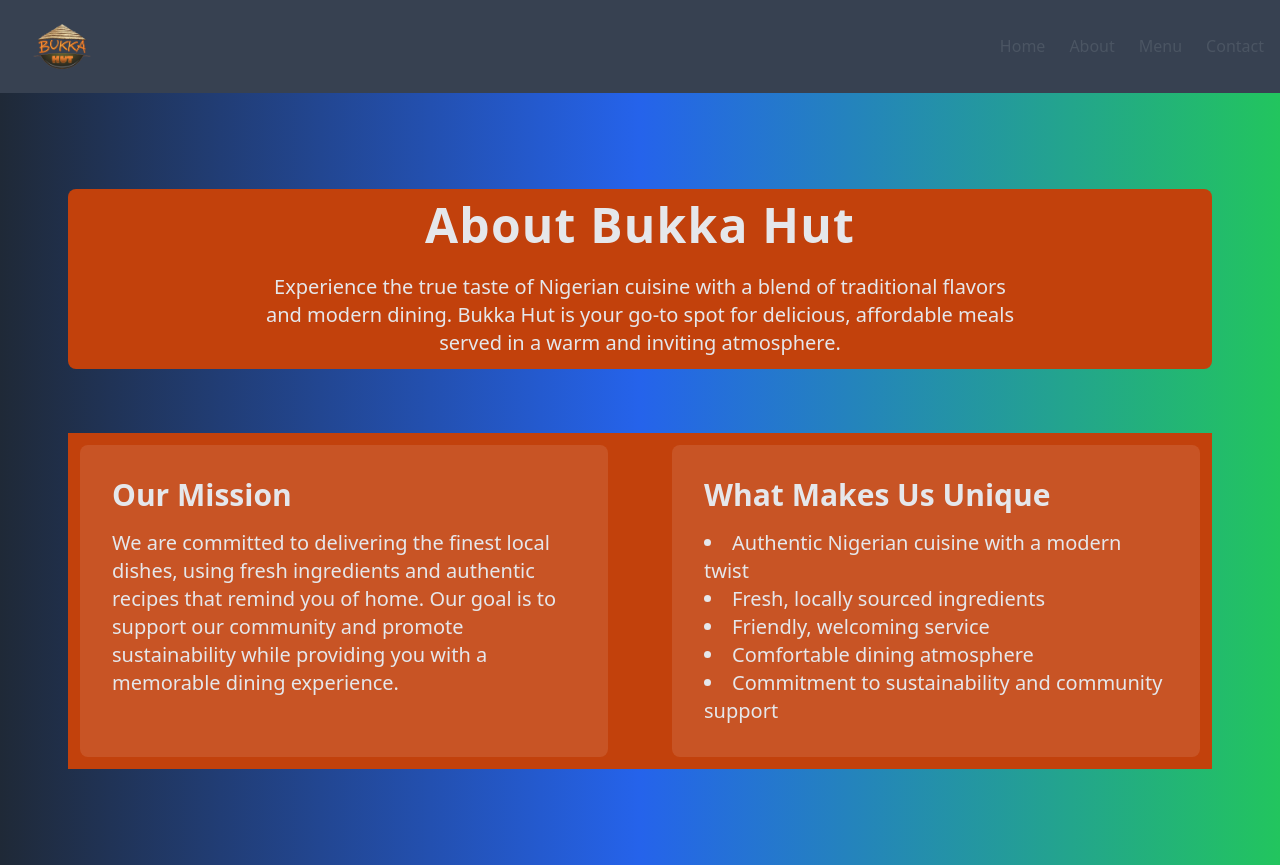
Repository: countaustin1990/BUKKAHUT
Page: About.html
An editor plug-in stored every save of this project. The page is shown before and after the next save, followed by the edit.
The browser window is 1280 px wide. The pictures show the whole page.
Some web libraries are served in a nearby version.

Above is the page before, as saved 2024-08-25 00:36:26.
Console error: TypeError: Cannot read properties of null (reading 'addEventListener')

### About.html
<!DOCTYPE html>
<html lang="en">

<head>
  <meta charset="UTF-8">
  <meta name="viewport" content="width=device-width, initial-scale=1.0">
  <title>About Bukka Hut</title>
  <script src="https://cdn.tailwindcss.com"></script>
  <style>
    /* Custom styles for advanced UI/UX */
    .fade-in {
      animation: fadeIn 1.5s ease-in-out forwards;
      opacity: 0;
    }

    @keyframes fadeIn {
      to {
        opacity: 1;
      }
    }

    .hover:after {
      content: '';
      position: absolute;
      width: 100%;
      height: 100%;
      top: 0;
      left: 0;
      background: rgba(0, 0, 0, 0.1);
      opacity: 0;
      transition: opacity 0.3s ease;
    }

    .hover:hover:after {
      opacity: 1;
    }
  </style>
</head>

<body class="bg-gray-100">
      <!-- Navigation -->
  <nav class="shadow-md bg-gray-700">
    <div class="container mx-auto px-4 py-2 flex items-center justify-between">
      <div class="text-2xl font-bold text-blue-600">
        <a href="#" class="flex flex-col lg:flex-row items-center lg:space-x-8 p-4">
          <img src="Logo-r.png" alt="Bukka Hut" width="60">
          </a>
      </div>
      <div class="hidden md:flex space-x-6">
        <a href="index.html" class="text-gray-600 hover:text-blue-600">Home</a>
        <a href="About.html" class="text-gray-600 hover:text-blue-600">About</a>
        <a href="Menu.html" class="text-gray-600 hover:text-blue-600">Menu</a>
        <a href="#" class="text-gray-600 hover:text-blue-600">Contact</a>
      </div>
      <div class="md:hidden">
        <button id="menu-button" class="text-white focus:outline-none">
          <svg xmlns="http://www.w3.org/2000/svg" fill="none" viewBox="0 0 24 24" stroke="currentColor" class="w-6 h-6">
            <path stroke-linecap="round" stroke-linejoin="round" stroke-width="2" d="M4 6h16M4 12h16M4 18h16" />
          </svg>
        </button>
      </div>
    </div>

    <!-- Mobile Menu -->
    <div id="mobile-menu" class="hidden md:hidden bg-gray-900 shadow-md">
      <a href="test.html" class="block px-4 py-2 text-white hover:bg-orange-600">Home</a>
      <a href="#" class="block px-4 py-2 text-white hover:bg-orange-600">About</a>
      <a href="#" class="block px-4 py-2 text-white hover:bg-orange-600">Menu</a>
      <a href="#" class="block px-4 py-2 text-white hover:bg-orange-600">Contact</a>
    </div>
  </nav>

  <section class="py-16 lg:py-24 bg-gradient-to-r from-gray-800 via-blue-600 to-green-500 text-gray-200 p-5">
    <div class="container mx-auto px-6 lg:px-12 fade-in">
      <div class="text-center mb-16 bg-orange-700 p-3 rounded-lg">
        <h2 class="text-5xl font-bold tracking-wide">About Bukka Hut</h2>
        <p class="mt-6 max-w-3xl mx-auto text-lg lg:text-xl">
          Experience the true taste of Nigerian cuisine with a blend of traditional flavors and modern dining. Bukka Hut is your go-to spot for delicious, affordable meals served in a warm and inviting atmosphere.
        </p>
      </div>
      <div class="grid md:grid-cols-2 gap-12 lg:gap-16 bg-orange-700 p-3 rouned-lg">
        <div class="hover relative bg-white bg-opacity-10 rounded-lg p-8 transition duration-500 transform hover:-translate-y-1 hover:shadow-lg">
          <h3 class="text-3xl font-semibold">Our Mission</h3>
          <p class="mt-4 text-lg lg:text-xl">
            We are committed to delivering the finest local dishes, using fresh ingredients and authentic recipes that remind you of home. Our goal is to support our community and promote sustainability while providing you with a memorable dining experience.
          </p>
        </div>
        <div class="hover relative bg-white bg-opacity-10 rounded-lg p-8 transition duration-500 transform hover:-translate-y-1 hover:shadow-lg">
          <h3 class="text-3xl font-semibold">What Makes Us Unique</h3>
          <ul class="mt-4 text-lg lg:text-xl list-disc list-inside">
            <li>Authentic Nigerian cuisine with a modern twist</li>
            <li>Fresh, locally sourced ingredients</li>
            <li>Friendly, welcoming service</li>
            <li>Comfortable dining atmosphere</li>
            <li>Commitment to sustainability and community support</li>
          </ul>
        </div>
      </div>
    </div>
  </section>


<script src="main.js"></script>
</body>

</html>

### main.js
const menuButton = document.getElementById('menu-button');
const mobileMenu = document.getElementById('mobile-menu');

menuButton.addEventListener('click', () => {
  mobileMenu.classList.toggle('hidden');
});

// Animate the scroll
const scrollContainer = document.querySelector('.animate-scroll');

function startScrolling() {
  const width = scrollContainer.scrollWidth;
  scrollContainer.style.animation = `scroll ${width / 100}s linear infinite`;
}

// Start the scroll animation once the DOM is fully loaded
window.addEventListener('load', startScrolling);

document.addEventListener("DOMContentLoaded", function() {
  function toggleText(buttonId, textId) {
    const button = document.getElementById(buttonId);
    const text = document.getElementById(textId);
    button.addEventListener("click", function(event) {
      event.preventDefault();
      if (text.classList.contains("hidden")) {
        text.classList.remove("hidden");
        button.textContent = "Read Less";
      } else {
        text.classList.add("hidden");
        button.textContent = "Read More";
      }
    });
  }

  toggleText("toggleButton4", "moreText4");
  toggleText("toggleButton1", "moreText1");
  toggleText("toggleButton2", "moreText2");
  toggleText("toggleButton3", "moreText3");
});


// JavaScript to handle "Back to Top" button visibility and functionality
const backToTopButton = document.getElementById('backToTop');

// Show button when scrolled down 100px from the top
window.addEventListener('scroll', () => {
  if (window.scrollY > 100) {
    backToTopButton.classList.remove('hidden');
  } else {
    backToTopButton.classList.add('hidden');
  }
});

// Smooth scroll to top when button is clicked
backToTopButton.addEventListener('click', () => {
  window.scrollTo({
    top: 0,
    behavior: 'smooth'
  });
});

After the next save:
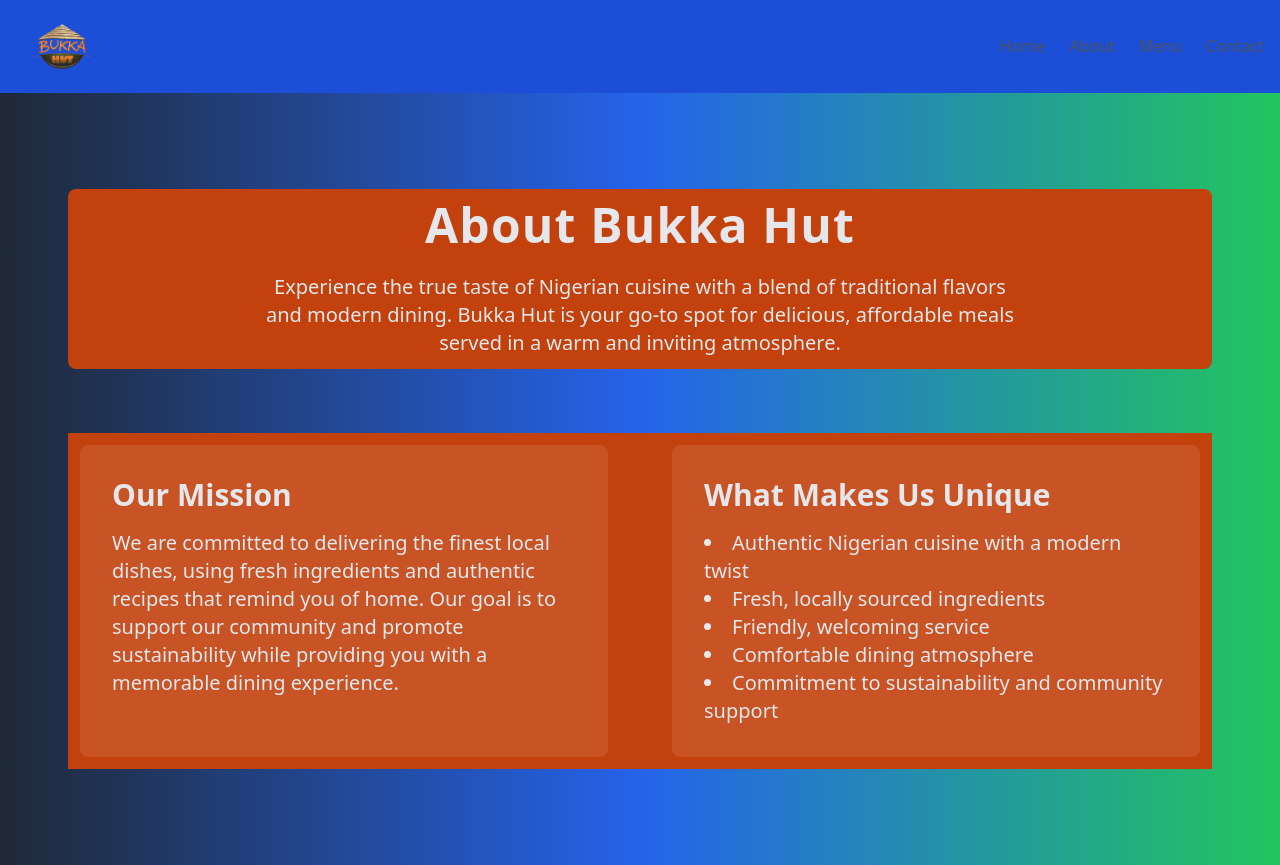
Saved 20 s later.
--- a/About.html
+++ b/About.html
@@ -39,7 +39,7 @@
 
 <body class="bg-gray-100">
       <!-- Navigation -->
-  <nav class="shadow-md bg-gray-700">
+  <nav class="shadow-md bg-blue-700">
     <div class="container mx-auto px-4 py-2 flex items-center justify-between">
       <div class="text-2xl font-bold text-blue-600">
         <a href="#" class="flex flex-col lg:flex-row items-center lg:space-x-8 p-4">
